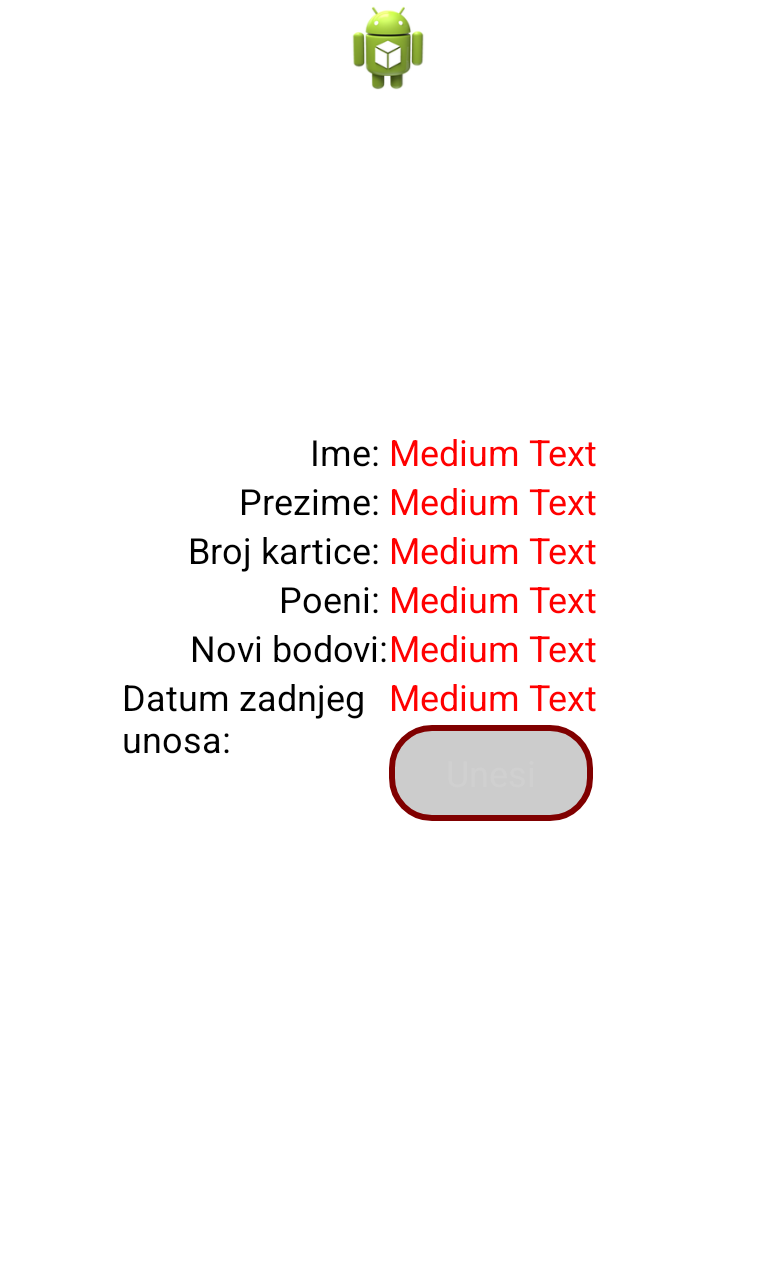
Repository: dzenisahusic/AndroidApp
Layout: Edit2014Sales/res/layout/activity_nfccard.xml
The author's editor kept a copy of each file at every save. The layout is drawn from the files as they stood at one save, then again after the next save.
It is drawn on a 768 x 1280 px phone screen (xhdpi) without system bars, with theme AppTheme; the app's code is not run.

Above is the layout before, as saved 2014-07-15 17:57:28.

### Edit2014Sales/res/layout/activity_nfccard.xml
<LinearLayout xmlns:android="http://schemas.android.com/apk/res/android"
    xmlns:tools="http://schemas.android.com/tools"
    android:id="@+id/LinearLayout1"
    android:layout_width="match_parent"
    android:layout_height="match_parent"
    tools:context="${relativePackage}.${activityClass}"
    android:weightSum="1" >

    <LinearLayout
        android:layout_width="61dp"
        android:layout_height="fill_parent"
        android:orientation="horizontal" >
        <TextView
        android:id="@+id/textView_explanation"
        android:layout_width="wrap_content"
        android:layout_height="wrap_content"

       />
    </LinearLayout>

    <LinearLayout
        android:layout_width="fill_parent"
        android:layout_height="fill_parent"
        android:layout_weight="0.8"
        android:orientation="vertical" >

        <RelativeLayout
            android:layout_width="fill_parent"
            android:layout_height="fill_parent"
            android:layout_weight="0.66" >

            <ImageView
                android:id="@+id/imageView1"
                android:layout_width="wrap_content"
                android:layout_height="wrap_content"
                android:layout_alignParentTop="true"
                android:layout_centerHorizontal="true"
                android:src="@drawable/ic_launcher" />

        </RelativeLayout>

            <LinearLayout
                android:layout_width="fill_parent"
                android:layout_height="fill_parent"
                android:layout_weight="0.33"
                android:orientation="horizontal" >

                <LinearLayout
                        android:layout_width="fill_parent"
                        android:layout_height="fill_parent"
                        android:layout_weight="1"
                        android:orientation="vertical" >

                    <TextView
                        android:id="@+id/textView1"
                        android:layout_width="wrap_content"
                        android:layout_height="wrap_content"
                        android:text="Ime: "
                        android:textAppearance="?android:attr/textAppearanceMedium"
                               android:layout_gravity="right"/>

                    <TextView
                        android:id="@+id/textView2"
                        android:layout_width="wrap_content"
                        android:layout_height="wrap_content"
                        android:text="Prezime: "
                        android:textAppearance="?android:attr/textAppearanceMedium"
                        android:layout_gravity="right"/>

                    <TextView
                        android:id="@+id/textView3"
                        android:layout_width="wrap_content"
                        android:layout_height="wrap_content"
                        android:text="Broj kartice: "
                        android:textAppearance="?android:attr/textAppearanceMedium"
                        android:layout_gravity="right"/>

                    <TextView
                        android:id="@+id/textView4"
                        android:layout_width="wrap_content"
                        android:layout_height="wrap_content"
                        android:text="Poeni: "
                        android:textAppearance="?android:attr/textAppearanceMedium"
                        android:layout_gravity="right"/>

                    <TextView
                        android:id="@+id/textView5"
                        android:layout_width="wrap_content"
                        android:layout_height="wrap_content"
                        android:layout_gravity="right"
                        android:text="Novi bodovi:"
                        android:textAppearance="?android:attr/textAppearanceMedium" />

                    <TextView
                        android:id="@+id/textView6"
                        android:layout_width="wrap_content"
                        android:layout_height="wrap_content"
                        android:text="Datum zadnjeg unosa: "
                        android:textAppearance="?android:attr/textAppearanceMedium"
                        android:layout_gravity="right"/>

                    </LinearLayout>

                <LinearLayout
                    android:layout_width="fill_parent"
                    android:layout_height="fill_parent"
                    android:layout_weight="1"
                    android:orientation="vertical" >

                    <TextView
                        android:id="@+id/ime"
                        android:layout_width="wrap_content"
                        android:layout_height="wrap_content"
                        android:text="Medium Text"
                        android:textAppearance="?android:attr/textAppearanceMedium"
                        android:textColor="#FF0000" />

                    <TextView
                        android:id="@+id/prezime"
                        android:layout_width="wrap_content"
                        android:layout_height="wrap_content"
                        android:text="Medium Text"
                        android:textAppearance="?android:attr/textAppearanceMedium"
                        android:textColor="#FF0000" />

                    <TextView
                        android:id="@+id/brojKartice"
                        android:layout_width="wrap_content"
                        android:layout_height="wrap_content"
                        android:text="Medium Text"
                        android:textAppearance="?android:attr/textAppearanceMedium"
                        android:textColor="#FF0000" />

                    <TextView
                        android:id="@+id/poeni"
                        android:layout_width="wrap_content"
                        android:layout_height="wrap_content"
                        android:text="Medium Text"
                        android:textAppearance="?android:attr/textAppearanceMedium"
                        android:textColor="#FF0000" />

                    <TextView
                        android:id="@+id/tnovi"
                        android:layout_width="wrap_content"
                        android:layout_height="wrap_content"
                        android:text="Medium Text"
                         android:textColor="#FF0000"
                        android:textAppearance="?android:attr/textAppearanceMedium" />

                    <TextView
                        android:id="@+id/tdatum"
                        android:layout_width="wrap_content"
                        android:layout_height="wrap_content"
                        android:text="Medium Text"
                        android:textAppearance="?android:attr/textAppearanceMedium"
                        android:textColor="#FF0000" />

                    <Button
                        android:id="@+id/unesi"
                        android:layout_width="102dp"
                        android:layout_height="wrap_content"
                        android:layout_marginTop="2dp"
                        android:background="@drawable/rounded_corner_top"
                        android:text="Unesi"
                        android:textColor="#D0D0D0" />

                </LinearLayout>

            </LinearLayout>

    </LinearLayout>

    <LinearLayout
        android:layout_width="86dp"
        android:layout_height="fill_parent"
        android:orientation="horizontal" >
    </LinearLayout>

</LinearLayout>

### Edit2014Sales/res/values/styles.xml
<resources>

    <!--
        Base application theme, dependent on API level. This theme is replaced
        by AppBaseTheme from res/values-vXX/styles.xml on newer devices.
    -->
    <style name="AppBaseTheme" parent="android:Theme.Light">
        <!--
            Theme customizations available in newer API levels can go in
            res/values-vXX/styles.xml, while customizations related to
            backward-compatibility can go here.
        -->
    </style>

    <!-- Application theme. -->
    <style name="AppTheme" parent="AppBaseTheme">
        <!-- All customizations that are NOT specific to a particular API-level can go here. -->
    </style>
 <style name="Animations" />

    <style name="Animations.PopDownMenu" />

    <style name="Animations.PopDownMenu.Left">
        <item name="@android:windowEnterAnimation">@anim/grow_from_topleft_to_bottomright</item>
        <item name="@android:windowExitAnimation">@anim/shrink_from_bottomright_to_topleft</item>
    </style>


    <style name="Animations.PopUpMenu" />

    <style name="Animations.PopUpMenu.Left">
        <item name="@android:windowEnterAnimation">@anim/grow_from_bottomleft_to_topright</item>
        <item name="@android:windowExitAnimation">@anim/shrink_from_topright_to_bottomleft</item>
    </style>
</resources>

### Edit2014Sales/res/drawable-hdpi/rounded_corner_top.xml
<?xml version="1.0" encoding="UTF-8"?>

  <shape xmlns:android="http://schemas.android.com/apk/res/android" android:shape="rectangle">
  <corners android:radius="20dp"/>
  <solid android:color="#CCCCCC"/>
  <stroke
        android:width="3dp"
        android:color="#800000" >
    </stroke>
</shape>

Loaded but not shown: Edit2014Sales/res/values-v11/styles.xml (common file); Edit2014Sales/res/values-v14/styles.xml (common file)

After the next save:
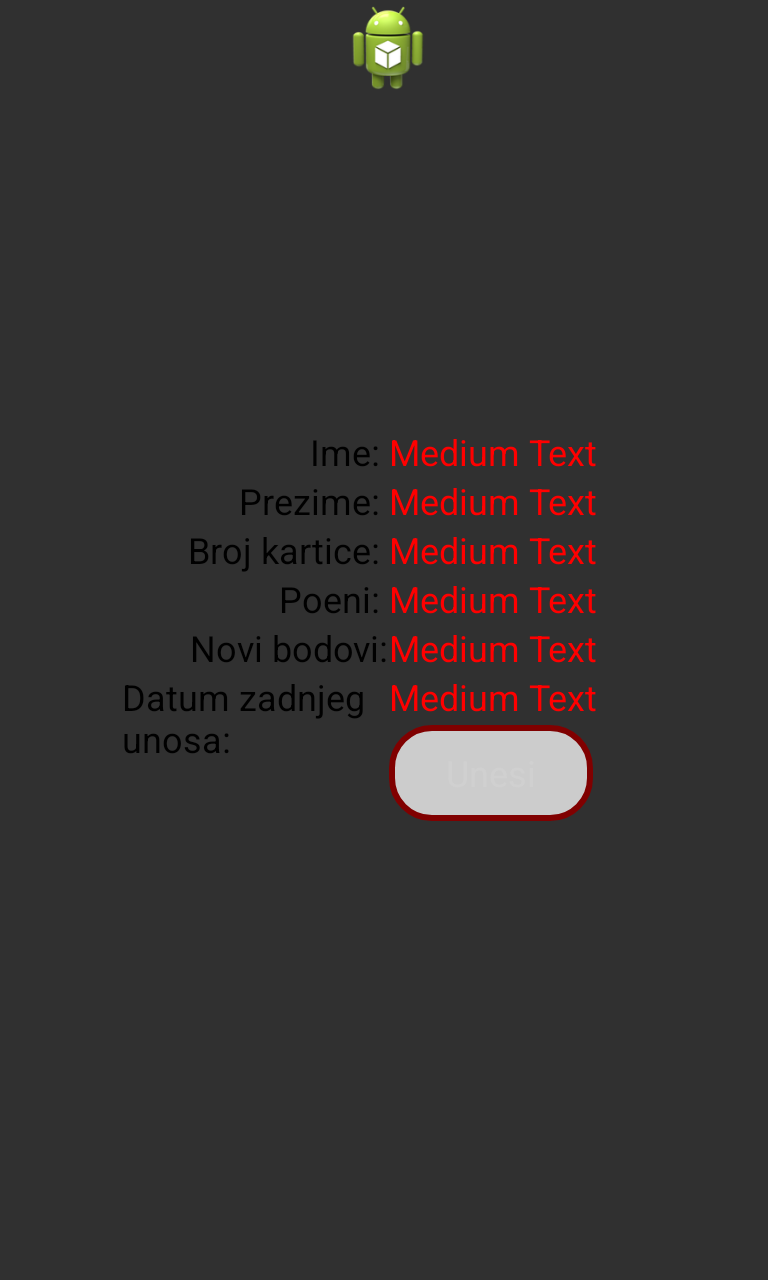
Saved 68 s later.
--- a/Edit2014Sales/res/layout/activity_nfccard.xml
+++ b/Edit2014Sales/res/layout/activity_nfccard.xml
@@ -4,7 +4,8 @@
     android:layout_width="match_parent"
     android:layout_height="match_parent"
     tools:context="${relativePackage}.${activityClass}"
-    android:weightSum="1" >
+    android:weightSum="1"
+    android:background="#303030" >
 
     <LinearLayout
         android:layout_width="61dp"
